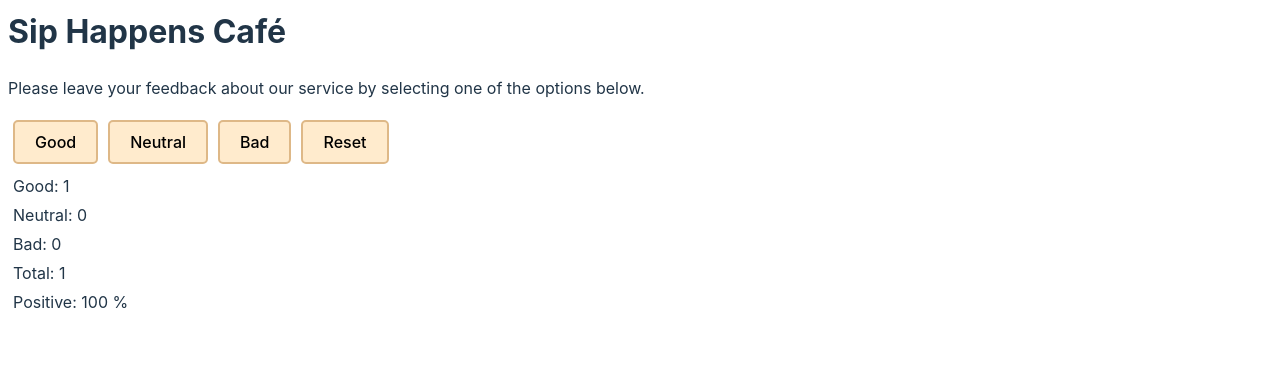
Repository: Evgeniya-Tishakova/goit-react-hw-02
Page: /, after clicking the first element matching `button.Options_0ac3a_button`
An editor plug-in stored every save of this project. The page is shown before and after the next save, followed by the edit.
The browser window is 1280 px wide. The pictures show the whole page.
The project was rebuilt for these pictures with package versions that can differ from the ones it lists, and the page was loaded fresh each time. Also part of the build but not shown: vite.config.js.

Above is the page before, as saved 2025-02-28 20:18:44.

### src/index.css
body {
  font-family: Inter, sans-serif;
  line-height: 1.5;
  font-weight: 400;
}

h1,
h2,
p {
  margin: 0;
}

ul,
ol {
  margin: 0;
  padding: 0;
}

img {
  display: block;
  max-width: 100%;
}

button {
  border-radius: 8px;
  border: 1px solid transparent;
  padding: 0.6em 1.2em;
  font-size: 1em;
  font-weight: 500;
  font-family: inherit;
  background-color: #fff;
  cursor: pointer;
  transition: border-color 0.25s;
}

button:hover {
  border-color: #646cff;
}

button:focus,
button:focus-visible {
  outline: 4px auto -webkit-focus-ring-color;
}

@media (prefers-color-scheme: light) {
  :root {
    color: #213547;
    background-color: #ffffff;
  }

  a:hover {
    color: #747bff;
  }

  button {
    /* background-color: #f9f9f9; */
  }
}

### src/components/App/App.jsx
import { useEffect, useState } from "react";

import Feedback from "../Feedback/Feedback.jsx";
import Options from "../Options/Options.jsx";
import Description from "../Description/Description.jsx";
import Notification from "../Notification/Notification.jsx";

export default function App() {
  const [rewiewType, setRewiewType] = useState(() => {
    const saveRewiew = localStorage.getItem("current-effect");
    if (saveRewiew) {
      return JSON.parse(saveRewiew);
    }
    return {
      good: 0,
      neutral: 0,
      bad: 0,
    };
  });

  const totalFeedback = rewiewType.good + rewiewType.neutral + rewiewType.bad;

  const positiveFeedback = Math.round((rewiewType.good / totalFeedback) * 100);

  useEffect(() => {
    localStorage.setItem("current-effect", JSON.stringify(rewiewType));
  });

  const updateFeedback = (feedbackType) => {
    setRewiewType({
      ...rewiewType,
      [feedbackType]: rewiewType[feedbackType] + 1,
    });
  };

  const resetFeedback = () => {
    setRewiewType({
      good: 0,
      neutral: 0,
      bad: 0,
    });
  };

  return (
    <>
      <Description />
      <Options
        updateFeedback={updateFeedback}
        resetFeedback={resetFeedback}
        isShown={totalFeedback > 0}
      />
      {totalFeedback > 0 && (
        <Feedback
          rewiewType={rewiewType}
          totalFeedback={totalFeedback}
          positiveFeedback={positiveFeedback}
        />
      )}
      {totalFeedback <= 0 && <Notification />}
    </>
  );
}

### src/components/Feedback/Feedback.jsx
import css from "./Feedback.module.css";

export default function Feedback({
  rewiewType: { good, neutral, bad },
  totalFeedback,
  positiveFeedback,
}) {
  return (
    <div>
      <p className={css.descr}>Good: {good}</p>
      <p className={css.descr}>Neutral: {neutral}</p>
      <p className={css.descr}>Bad: {bad}</p>
      <p className={css.descr}>Total: {totalFeedback}</p>
      <p className={css.descr}>Positive: {positiveFeedback} %</p>
    </div>
  );
}

### src/components/Options/Options.jsx
import css from "./Options.module.css";

export default function Options({ updateFeedback, resetFeedback, isShown }) {
  return (
    <div>
      <button className={css.button} onClick={() => updateFeedback("good")}>
        Good
      </button>
      <button className={css.button} onClick={() => updateFeedback("neutral")}>
        Neutral
      </button>
      <button className={css.button} onClick={() => updateFeedback("bad")}>
        Bad
      </button>
      {isShown && (
        <button className={css.button} onClick={resetFeedback}>
          Reset
        </button>
      )}
      {}
    </div>
  );
}

### src/components/Description/Description.jsx
import css from "./Description.module.css";

export default function Description() {
  return (
    <div>
      <h1 className={css.title}>Sip Happens Café</h1>
      <p className={css.descr}>
        Please leave your feedback about our service by selecting one of the
        options below.
      </p>
    </div>
  );
}

### src/components/Notification/Notification.jsx
export default function Notification() {
  return (
    <div>
      <p>No feedback yet</p>
    </div>
  );
}

### src/components/Feedback/Feedback.module.css
.descr {
    margin: 5px;
}

### src/components/Options/Options.module.css
.button {
    border: 2px solid burlywood;
    padding: 10px 20px;
    background-color: blanchedalmond;
    margin: 5px;
    border-radius: 5px;
    cursor: pointer;
}

button:hover {
    background-color: skyblue;
}

button:active {
    background-color: aqua;
}

### src/components/Description/Description.module.css
.title {
    margin-bottom: 20px;
}

.descr {
    margin-bottom: 15px;
}

Loaded but not shown: index.html (common file); src/main.jsx (common file)

After the next save:
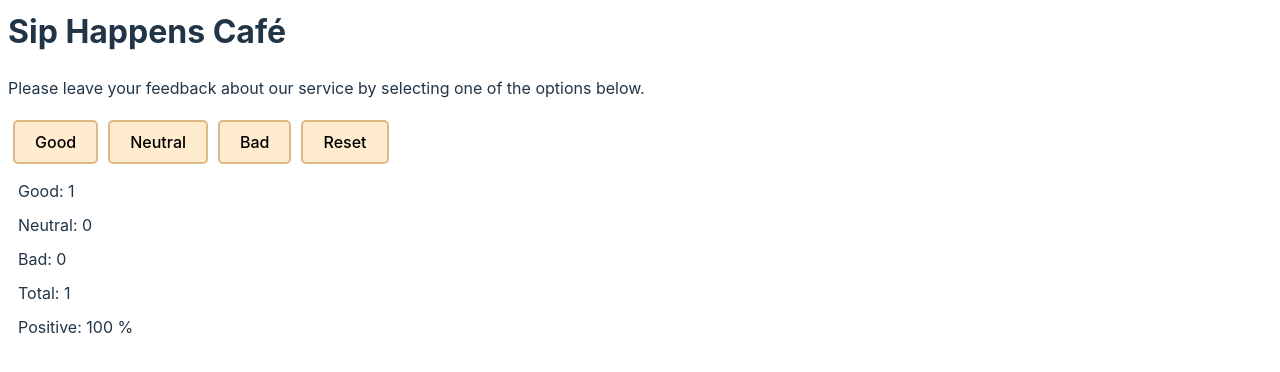
Saved 46 s later.
--- a/src/components/Feedback/Feedback.module.css
+++ b/src/components/Feedback/Feedback.module.css
@@ -1,3 +1,3 @@
 .descr {
-    margin: 5px;
+    margin: 10px;
 }

After the save that followed:
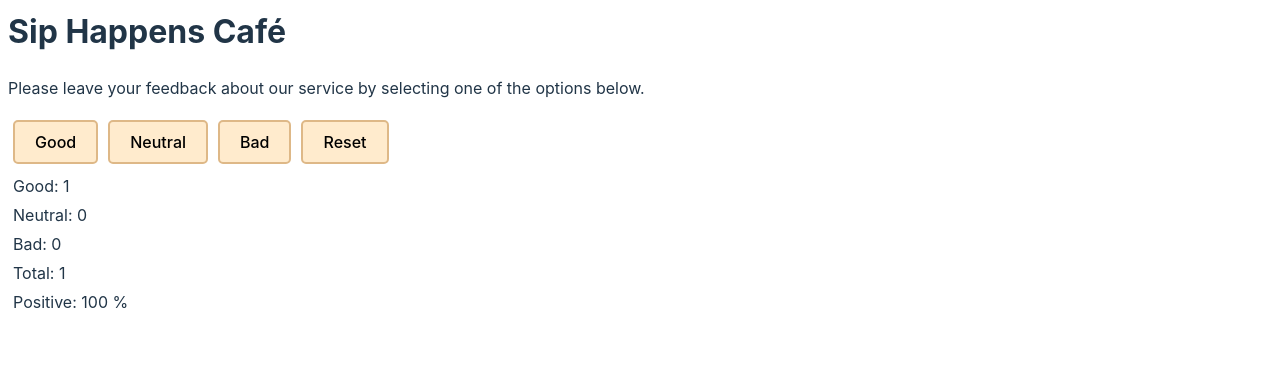
Saved 6 s later.
--- a/src/components/Feedback/Feedback.module.css
+++ b/src/components/Feedback/Feedback.module.css
@@ -1,3 +1,3 @@
 .descr {
-    margin: 10px;
+    margin: 5px;
 }
